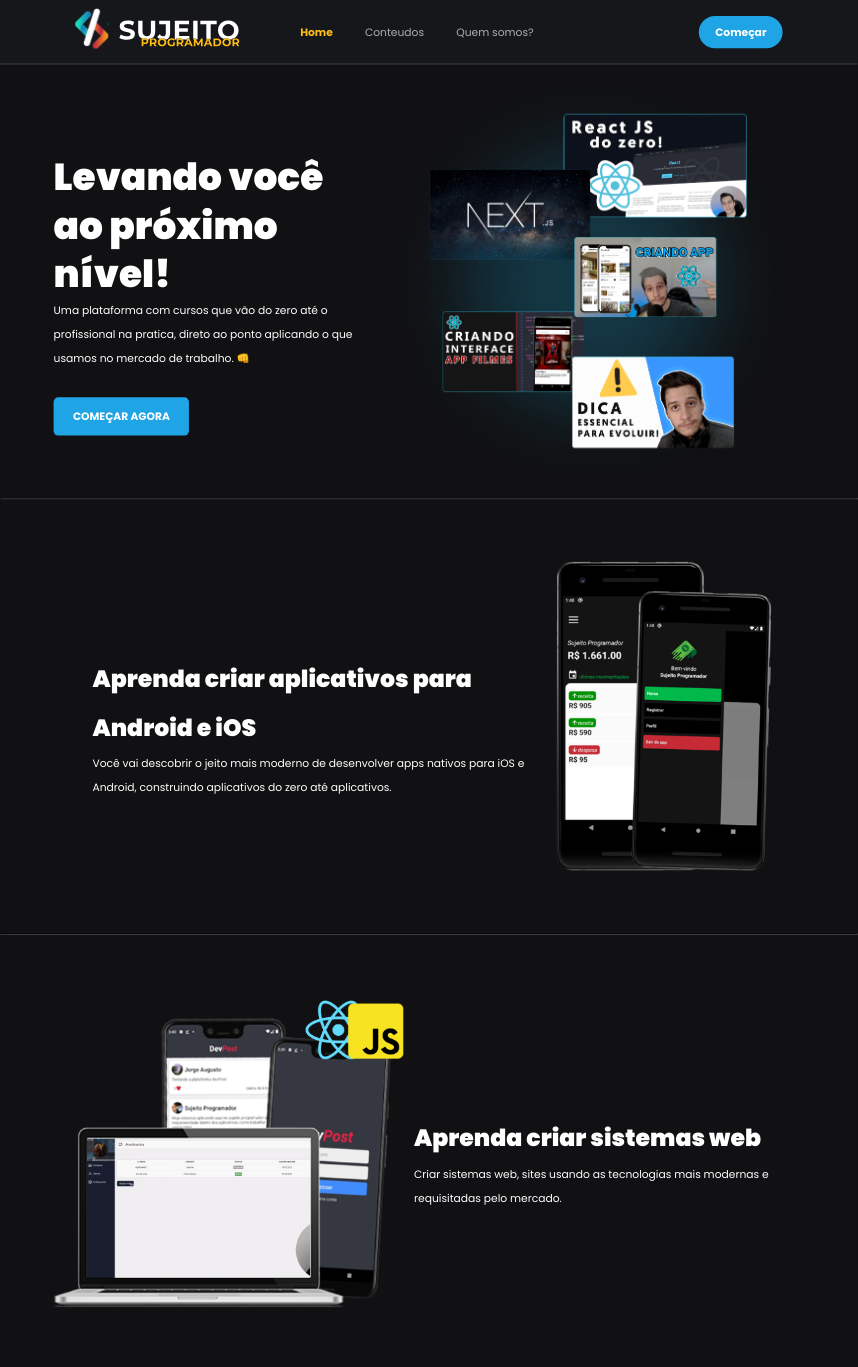
Repository: ArthurHendrich/Blog
Page: /
These files come from the project's save history. The page is drawn as it stood at one moment and after the next save; the edit follows.
The browser window is 1280 px wide. The pictures show the whole page, at 67% of full size.
The project was rebuilt for these pictures with package versions that can differ from the ones it lists, and the page was loaded fresh each time. The framework's server and built-in components were replaced by stand-ins that run in the browser. Also part of the build but not shown: next.config.js.

Above is the page before, as saved 2022-07-05 23:56:53.

### src/pages/_app.tsx
import { AppProps } from "next/app";
import { Header } from "../components/header";

import '../styles/global.scss';

function MyApp({ Component, pageProps }: AppProps) {
  return (
    <>
    <Header />
    <Component {...pageProps} />
    </>
  );
}

export default MyApp;

### src/pages/_document.tsx
import Document, { Html, Head, Main, NextScript } from "next/document";

export default class MyDocument extends Document {
  render() {
    return (
      <Html>
        <Head>
          <link rel="preconnect" href="https://fonts.googleapis.com" />
          <link
            href="https://fonts.googleapis.com/css2?family=Poppins:wght@400;500;700;900&display=swap"
            rel="stylesheet"
          />
          <link rel="shortcut icon" href="favicon.png" type="image/png" />
        </Head>
        <body>
          <Main />
          <NextScript />
        </body>
      </Html>
    );
  }
}

### src/pages/index.tsx
import Head from 'next/head';

import styles from '../styles/home.module.scss';

export default function Home() {
  return (
    <>
    <Head>
      <title>Home | Bootcamp</title>
    </Head>

    <main className={styles.container}>
      <div className={styles.containerHeader}>
        <section className={styles.ctaText}>
          <h1>Levando você ao próximo nível!</h1>
          <span>Uma plataforma com cursos que vão do zero até o profissional na pratica, direto ao ponto aplicando o que usamos no mercado de trabalho. 👊</span>
          <a>
            <button>
              COMEÇAR AGORA
            </button>
          </a>
        </section>
          <img src="/images/banner-conteudos.png" alt="Conteúdos" />
      </div>

      <hr className={styles.divisor} />

      <div className={styles.sectionContent} >
        <section>
          <h2>Aprenda criar  aplicativos para Android e iOS</h2>
          <span>Você vai descobrir o jeito mais moderno de desenvolver apps nativos para iOS e Android, construindo aplicativos do zero até aplicativos.</span>
        </section>

        <img src="/images/financasApp.png" alt="conteudos mobile" />
      </div>

      <hr className={styles.divisor} />

      <div className={styles.sectionContent} >
        <img src="/images/webDev.png" alt="dev Aplicação web" />

        <section>
          <h2>Aprenda criar sistemas web </h2>
          <span>Criar sistemas web, sites usando as tecnologias mais modernas e requisitadas pelo mercado.</span>
        </section>
      </div>

    </main>
    </>
  )
}

### src/components/header/index.tsx
import Image from 'next/image';
import styles from './styles.module.scss';
import log from '../../../public/images/logo.svg';
import { ActiveLink } from '../ActiveLink';


export function Header() {
  return(
    <header className={styles.headerContainer}>
      <div className={styles.headerContent}>
      <ActiveLink href="/" activeClassName={styles.active}>
        <a>
          <Image src={log} alt="Logo"/>
        </a>
      </ActiveLink>

        <nav>
          <ActiveLink href="/" activeClassName={styles.active}>
            <a>Home</a>
          </ActiveLink>

          <ActiveLink href="/posts" activeClassName={styles.active}>
            <a>Conteudos</a>
          </ActiveLink>

          <ActiveLink href="/sobre" activeClassName={styles.active}>
            <a>Quem somos?</a>
          </ActiveLink>
        </nav>

        <a className={styles.readyButton} href="https://github.com/ArthurHendrich">Começar</a>
      </div>
    </header>
  )
}

### src/styles/global.scss
* {
  margin: 0;
  padding: 0;
  box-sizing: border-box;
}

:root {
  --white: #FFF;

  --gray-100: #AFAFAF;
  --gray-200: #525252;
  --gray-700: #15171b;
  --gray-900: #111113;

  --blue-900: #1fa4e5;
  --yellow-500: #FFBE16;
}

@media (max-width: 1080px) {
  html {
    font-size: 93.75%;
  }
}

@media (max-width: 720px) {
  html {
    font-size: 87.5%;
  }
}

body{
  background: var(--gray-900);
}

body, input, textarea, select, button {
  font: 400 1rem 'Poppins', sans-serif;
}

button {
  cursor: pointer;
}

a {
  color: inherit;
  text-decoration: none;
}

### src/styles/home.module.scss
.container {
  display: block;
}

.containerHeader{
  min-height: calc(100vh - 5rem);
  margin: 0 auto;
  max-width: 1120px;

  display: flex;
  align-items: center;
  justify-content: space-between;

  img{
    max-width: 640px;
  }
}

.ctaText {
  max-width: 600px;

  h1 {
    font-size: 3.5rem;
    line-height: 4.5rem;
    font-weight: 900;
    margin-top: 2.5rem;
    color: var(--white);
  }

  span{
    font-size: 1rem;
    line-height: 2.25rem;
    color: var(--white);
  }

  button {
    background-color: var(--blue-900);
    border: 0;
    padding: 1rem 1.8rem;
    margin-top: 2.5rem;
    border-radius: 7px;
    color: var(--white);
    font-weight: bold;
    transition: filter ease 0.2s;

    &:hover {
      filter: brightness(0.9);
    }
  }
}

.divisor {
  width: 100%;
  bottom: 0;
  height: 1px;
  border-color: var(--gray-200)
}

.sectionContent {
  margin: 5.5rem auto;
  max-width: 1120px;
  display: flex;
  align-items: center;
  justify-content: center;

  section {
    max-width: 670px;
    margin-right: 1rem;
    margin-left: 1rem;
  }

  img {
    max-width: 550px;
  }

  h2{
    font-size: 2.2rem;
    line-height: 4.5rem;
    font-weight: 900;
    margin-top: 2.2rem;
    color: var(--white);
  }

  span {
    font-size: 1rem;
    line-height: 2.25rem;
    color: var(--white);
  }
}

### src/components/header/styles.module.scss
.headerContainer {
  height: 6rem;
  border-bottom: 1px solid var(--gray-200);
  background: var(--gray-700);
}

.headerContent {
  max-width: 1120px;
  height: 6rem;
  margin: 0 auto;
  padding: 0 2rem;

  display: flex;
  align-items: center;

  img {
    cursor: pointer;
  }

  nav {
    margin-left: 5rem;
    height: 6rem;

    a {
      display: inline-block;
      position: relative;
      padding: 0 0.5rem;
      height: 6rem;
      line-height: 6rem;
      color: var(--gray-100);
      transition: color 0.2s;

      & + a {
        margin-left: 2rem;
      }

      &:hover {
        color: var(--white);
      }

      &.active{
        color: var(--yellow-500);
        font-weight: bold;
      }
    }
  }
}

.readyButton {
  margin-left: auto;
  height: 3rem;
  border-radius: 3rem;
  background: var(--blue-900);
  border: 0;
  padding: 0 1.5rem;
  display: flex;
  align-items: center;
  justify-content: center;
  color: var(--white);
  font-weight: bold;
  transition: filter 0.2s;

  &:hover {
    filter: brightness(1.1)
  }
}

@media (max-width: 870px){
  .headerContainer {
    height: 11rem;
    padding: 0.5rem 0;
  }

  .headerContent {
    display: flex;
    flex-direction: column;

    nav {
      display: block;
      margin-left: auto;
      margin-right: auto;
    }

    .readyButton {
      display: none;
    }
  }
}

### src/components/ActiveLink/index.tsx
import Link, { LinkProps } from "next/link";
import { useRouter } from "next/router";
import { cloneElement, ReactElement } from "react";

interface ActiveLinkProps extends LinkProps {
  children: ReactElement;
  activeClassName: string;
}

export function ActiveLink ({ children, activeClassName, ...rest }: ActiveLinkProps) {
  const { asPath } = useRouter();

  const className = asPath === rest.href ? activeClassName : '';


  return (
    <Link {...rest}>
      {cloneElement(children, { className })}
    </Link>
  )
}

After the next save:
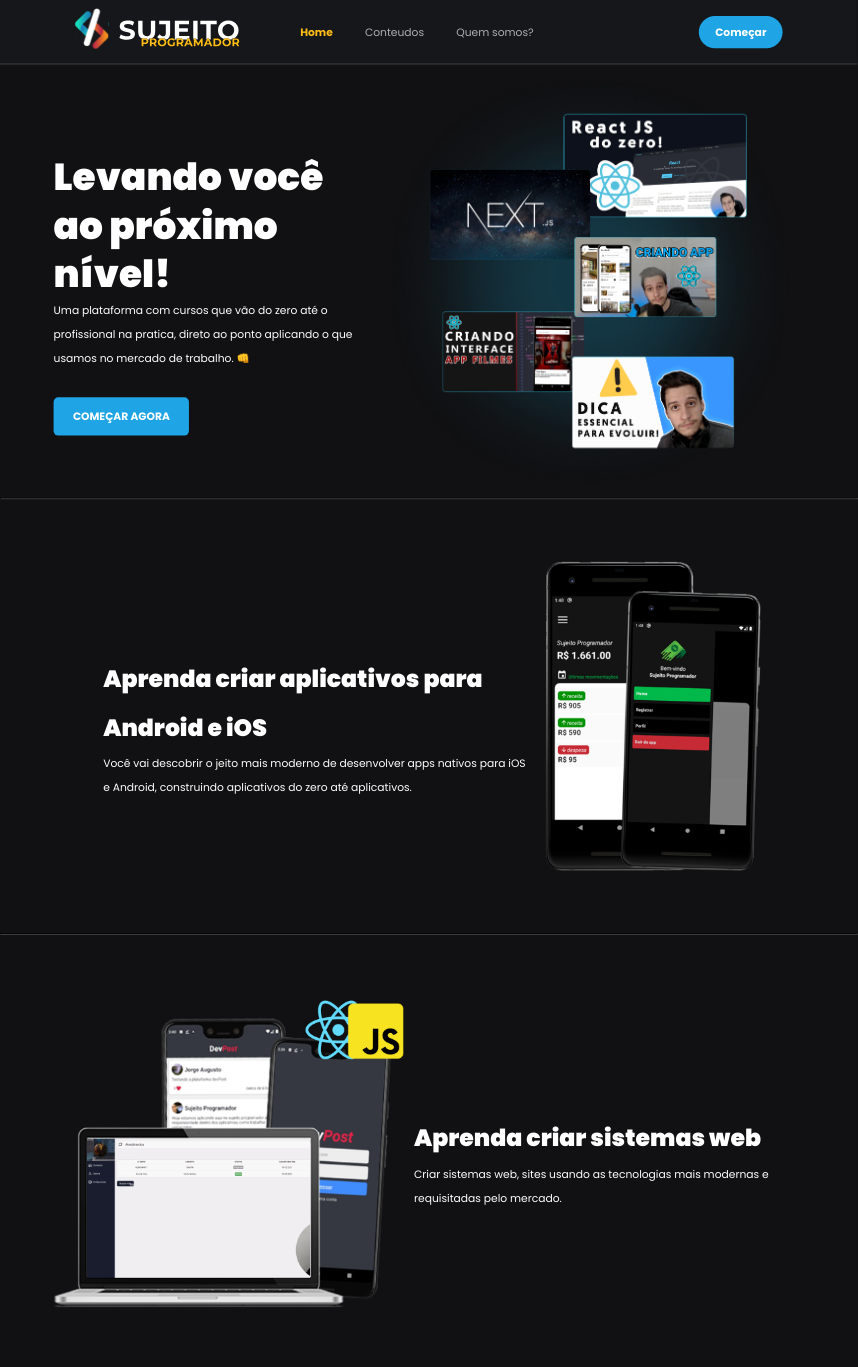
Saved 12 s later.
--- a/src/styles/home.module.scss
+++ b/src/styles/home.module.scss
@@ -65,8 +65,8 @@
 
   section {
     max-width: 670px;
-    margin-right: 1rem;
-    margin-left: 1rem;
+    padding-right: 1rem;
+    padding-left: 1rem;
   }
 
   img {
